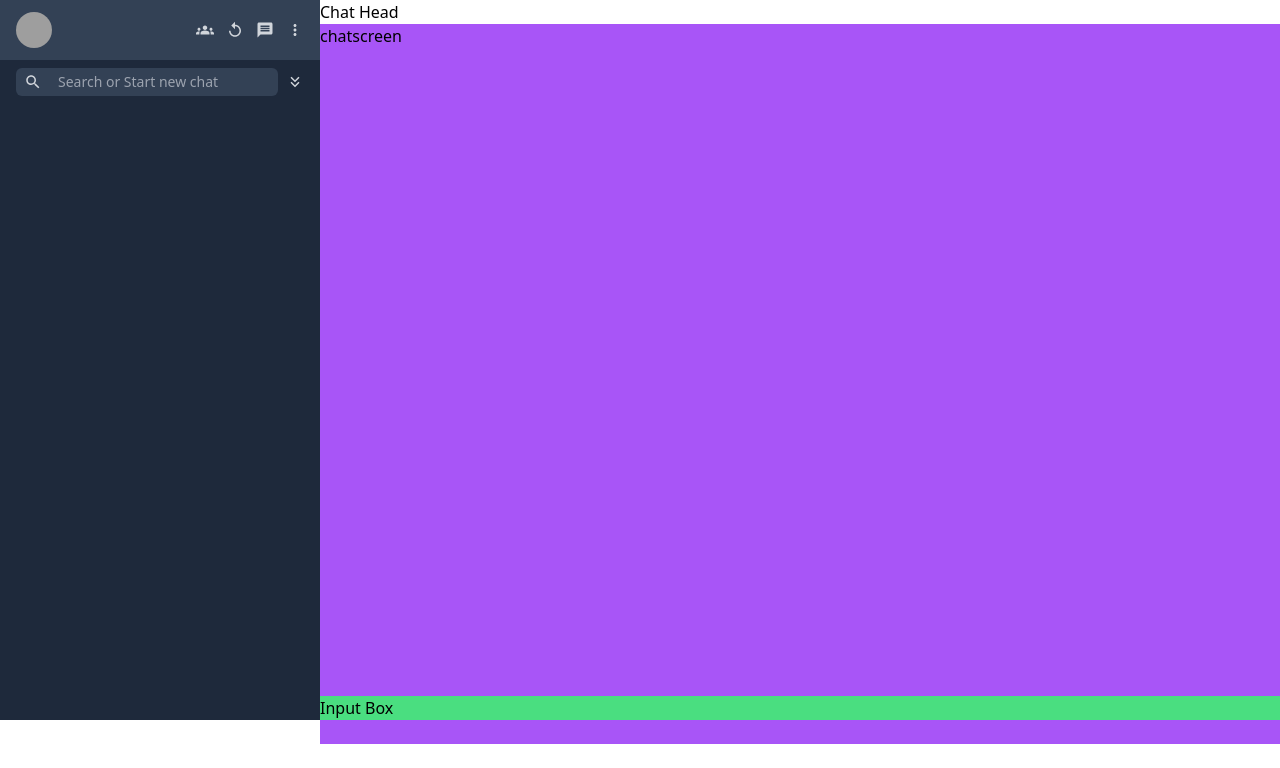
Repository: theanmol-raj/whatsapp
Page: /
These files come from the project's save history. The page is drawn as it stood at one moment and after the next save; the edit follows.
The browser window is 1280 px wide. The pictures show the whole page.
Pictures or frames that could not be fetched are drawn as grey boxes. The project was rebuilt for these pictures with package versions that can differ from the ones it lists, and the page was loaded fresh each time.

Above is the page before, as saved 2022-12-03 22:00:28.

After the next save:
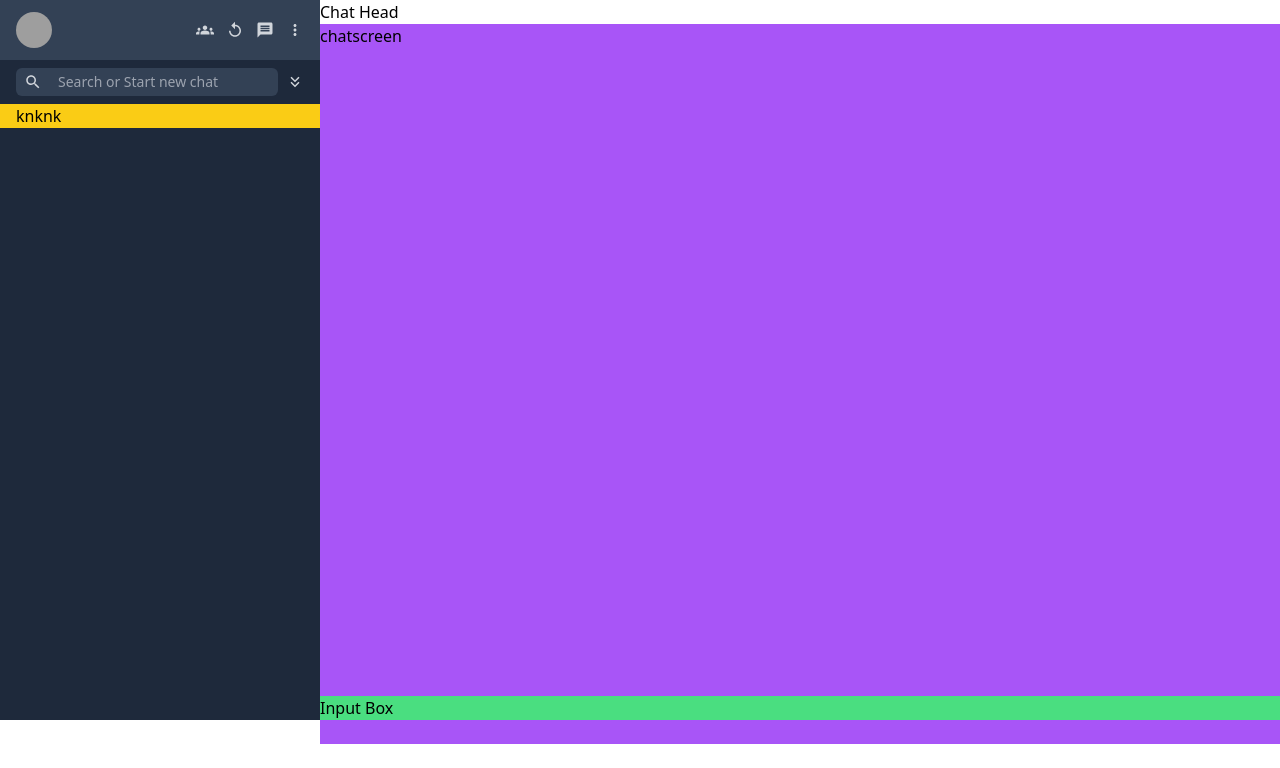
Saved 4 s later.
--- a/src/Components/ContactCard.jsx
+++ b/src/Components/ContactCard.jsx
@@ -4,7 +4,7 @@ function ContactCard() {
   return (
     <div className=' bg-red-500'>
         <div className=' bg-yellow-400 px-4'>
-
+    knknk
         </div>
     </div>
   )
